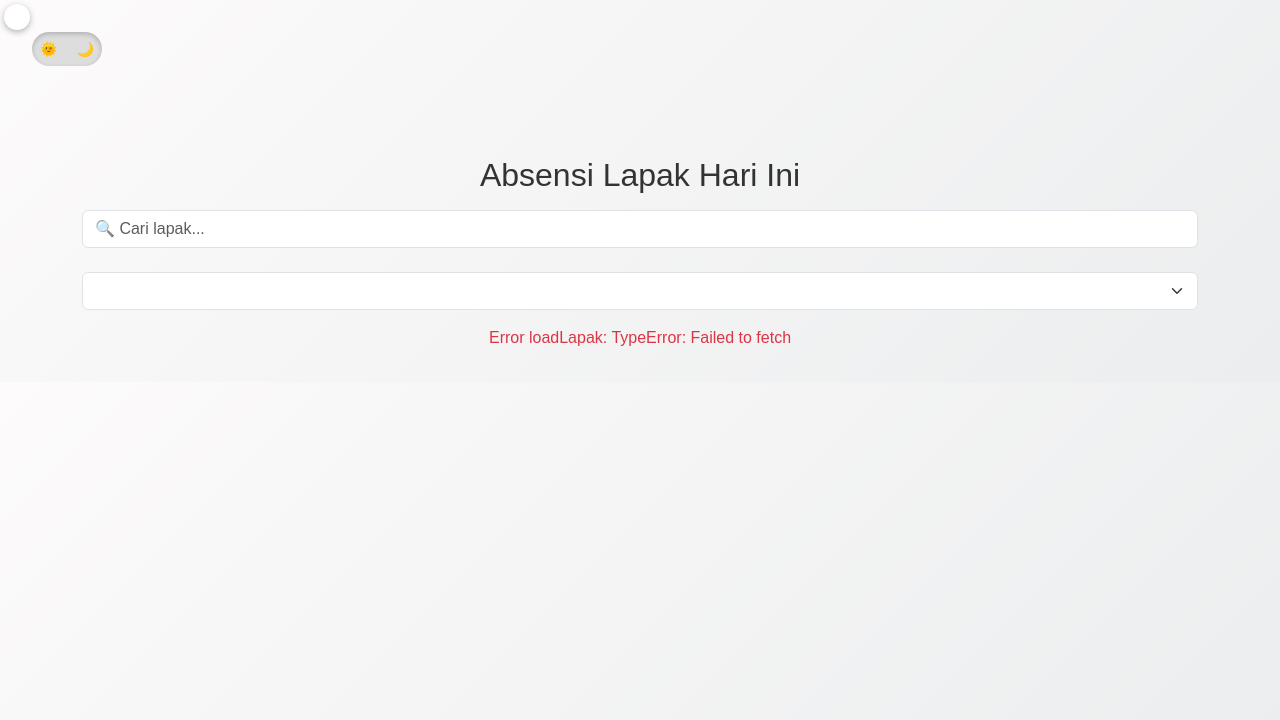
Repository: pasarrakyatbak/absensi
Page: index.html
An editor plug-in stored every save of this project. The page is shown before and after a run of saves, followed by the edit.
The browser window is 1280 px wide. The pictures show the whole page.
The page's requests for data from a server got no answer.

Above is the page before, as saved 2025-09-22 18:35:10.

After the next 2 saves:
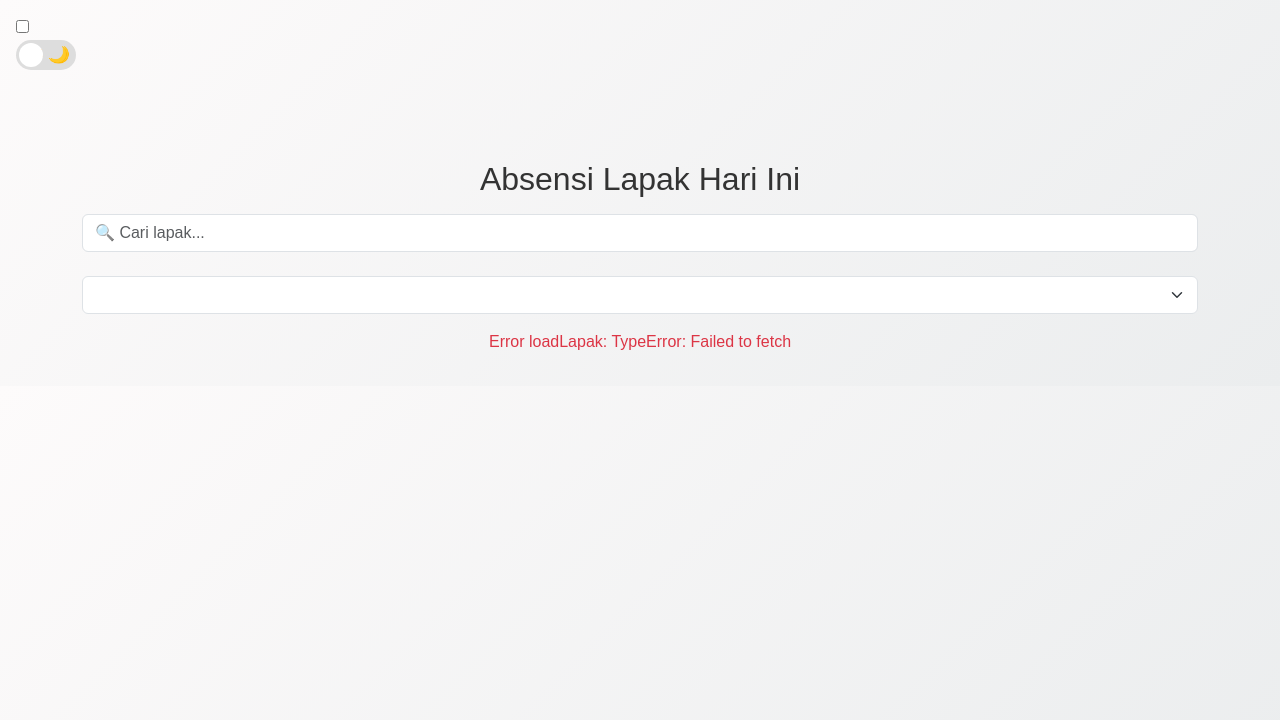
The 2 saves are shown as one change because they came seconds apart.
The last was saved 3 min 5 s later.
--- a/style.css
+++ b/style.css
@@ -295,41 +295,45 @@ body.dark #modalHapusBtn {
 }
 
 /* ================= TOGGLE DARK MODE ================= */
-.dark-toggle {
-    display: flex;
-    align-items: center;
-    margin: 1rem;
-}
-
-.dark-toggle input {
-    display: none;
-}
-
+/* ========== TOGGLE ========== */
 .toggle-label {
+    position: relative;
+    width: 60px;
+    height: 30px;
     background: #ddd;
     border-radius: 50px;
-    cursor: pointer;
     display: flex;
     align-items: center;
     justify-content: space-between;
-    width: 70px;
-    height: 34px;
-    padding: 0 8px;
-    font-size: 14px;
-    box-shadow: inset 0 2px 5px rgba(0, 0, 0, 0.2);
+    padding: 0 6px;
     transition: background 0.3s ease;
 }
 
+.toggle-label::before {
+    content: "☀️";
+    position: absolute;
+    left: 8px;
+    font-size: 16px;
+    transition: opacity 0.3s ease;
+}
+
+.toggle-label::after {
+    content: "🌙";
+    position: absolute;
+    right: 8px;
+    font-size: 16px;
+    transition: opacity 0.3s ease;
+}
+
 .toggle-ball {
+    width: 24px;
+    height: 24px;
+    border-radius: 50%;
+    background: white;
     position: absolute;
-    top: 4px;
-    left: 4px;
-    width: 26px;
-    height: 26px;
-    background: #fff;
-    border-radius: 50%;
-    box-shadow: 0 2px 6px rgba(0, 0, 0, 0.3);
-    transition: transform 0.3s ease, background 0.3s ease;
+    left: 3px;
+    top: 3px;
+    transition: transform 0.3s ease;
 }
 
 .dark-toggle input:checked+.toggle-label {
@@ -337,8 +341,7 @@ body.dark #modalHapusBtn {
 }
 
 .dark-toggle input:checked+.toggle-label .toggle-ball {
-    transform: translateX(36px);
-    background: #90ee90;
+    transform: translateX(30px);
 }
 
 /* ================= SUMMARY CARDS ================= */
